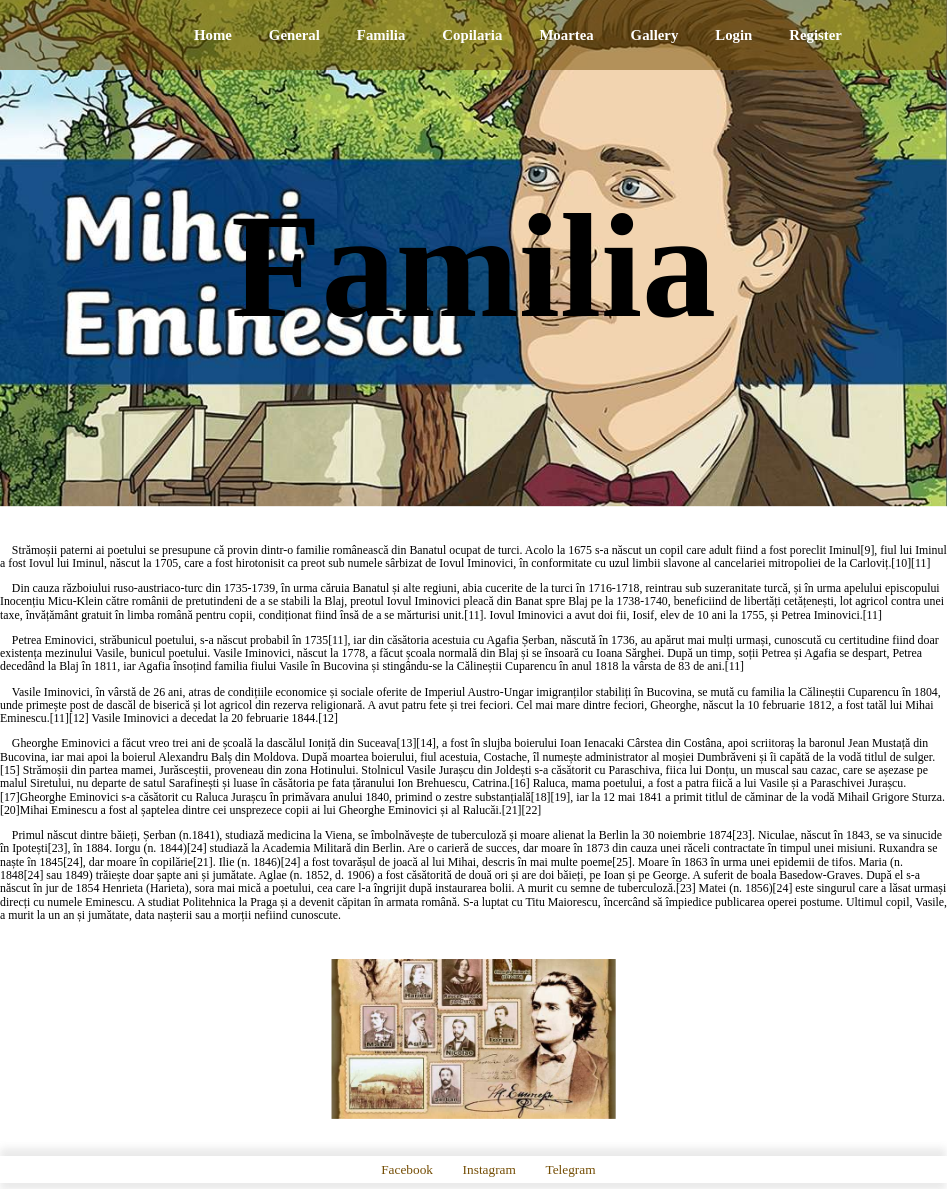
Repository: Cristal286/tw
Page: main/familia.html
An editor plug-in stored every save of this project. The page is shown before and after the next save, followed by the edit.
The browser window is 1280 px wide. The pictures show the whole page, at 74% of full size.

Above is the page before, as saved 2021-12-19 22:32:32.

After the next save:
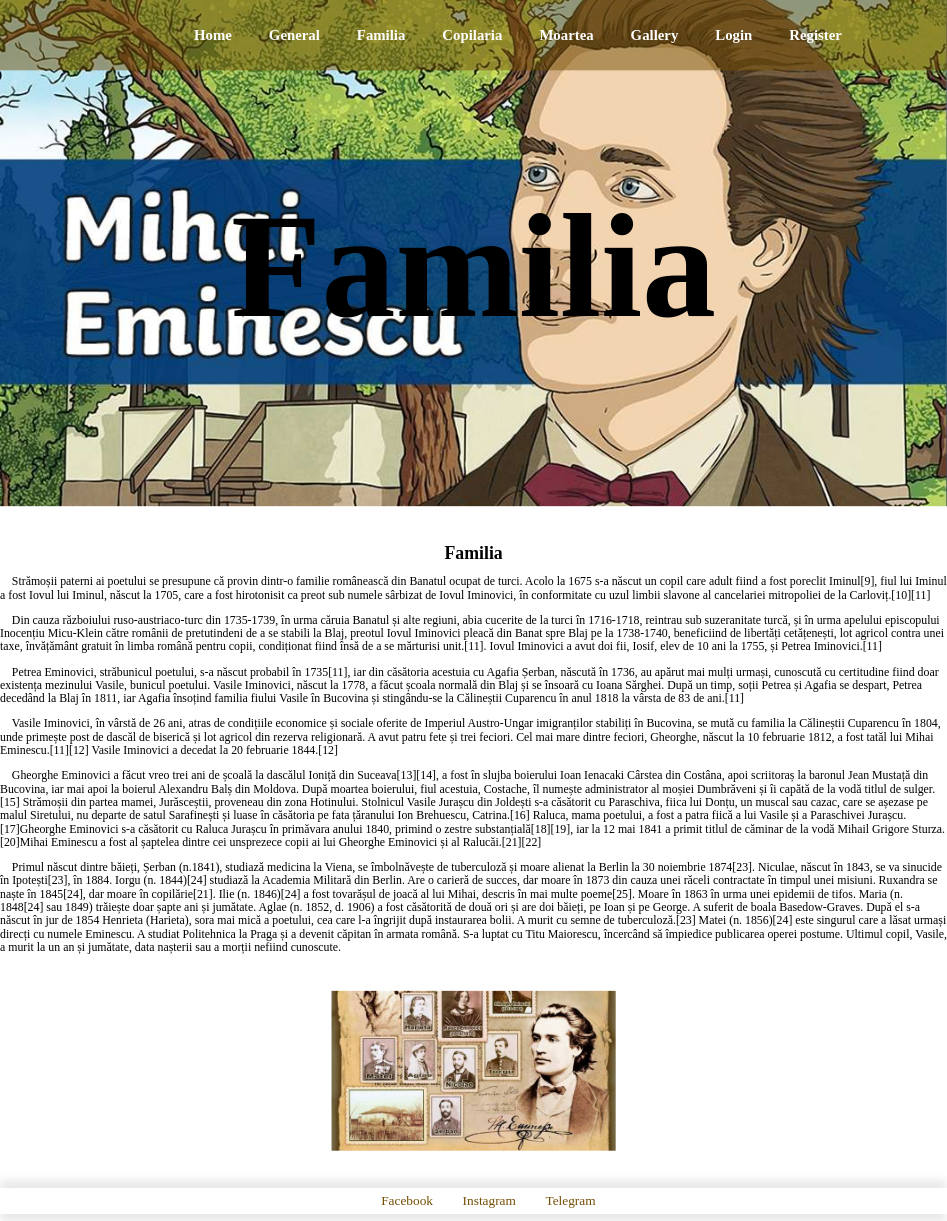
Saved 47 s later.
--- a/main/familia.html
+++ b/main/familia.html
@@ -47,6 +47,7 @@
     <section class="section">
         <div class="box">
             <div class="section__text">
+                <h1 align="center">Familia</h1>
                 <p>&nbsp;&nbsp;&nbsp;&nbsp;Strămoșii paterni ai poetului se presupune că provin dintr-o familie românească din Banatul ocupat de turci. Acolo la 1675 s-a născut un copil care adult fiind a fost poreclit Iminul[9], fiul lui Iminul a fost Iovul
                     lui Iminul, născut la 1705, care a fost hirotonisit ca preot sub numele sârbizat de Iovul Iminovici, în conformitate cu uzul limbii slavone al cancelariei mitropoliei de la Carloviț.[10][11]</p>
                 <p>&nbsp;&nbsp;&nbsp;&nbsp;Din cauza războiului ruso-austriaco-turc din 1735-1739, în urma căruia Banatul și alte regiuni, abia cucerite de la turci în 1716-1718, reintrau sub suzeranitate turcă, și în urma apelului episcopului Inocențiu
